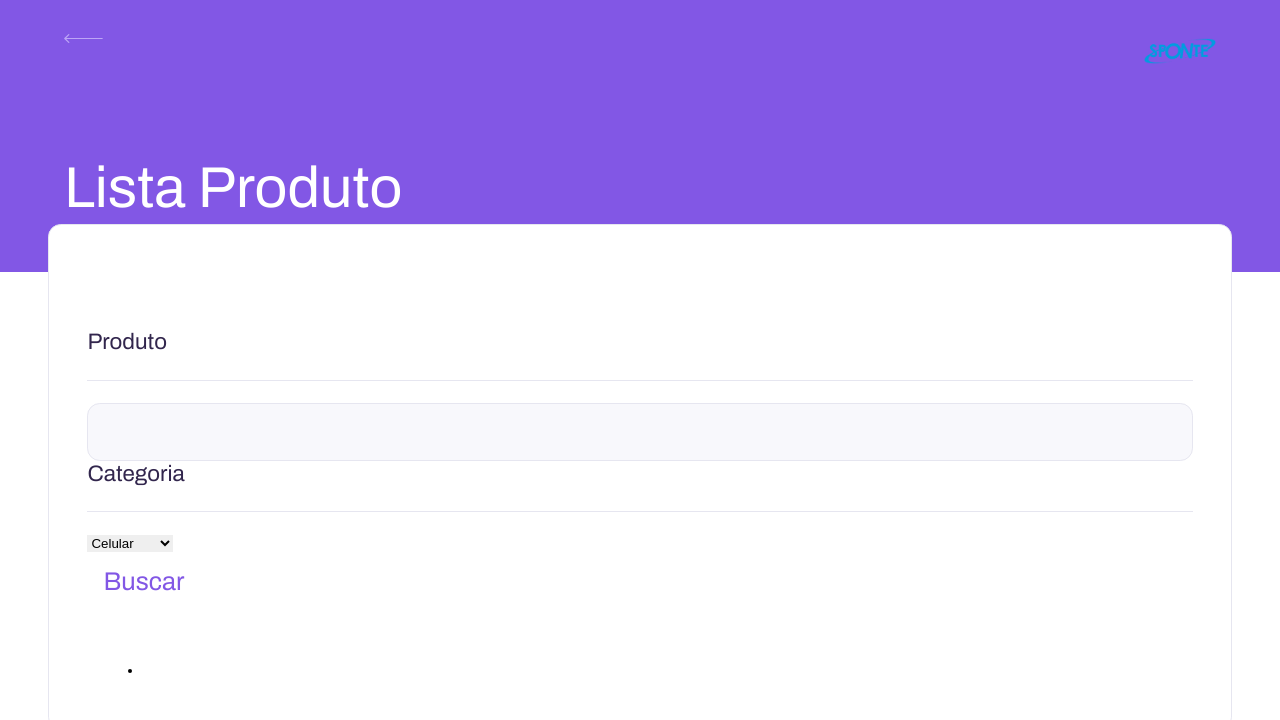
Repository: Henrique-Hoi-Dev/avalia-o-front-end
Page: /list (app in web/)
An editor plug-in stored every save of this project. The page is shown before and after the next save, followed by the edit.
The browser window is 1280 px wide. The pictures show the whole page.
The project was rebuilt for these pictures with package versions that can differ from the ones it lists, and the page was loaded fresh each time. Also part of the build but not shown: web/src/pages/Home/styles.js, web/src/pages/Home/index.js, web/src/pages/RegistrationProduct/styles.js, web/src/components/HeaderRecord/styles.js, web/src/components/HeaderRecord/index.js, web/src/pages/RegistrationProduct/index.js.

Above is the page before, as saved 2020-09-01 20:40:57.

### web/public/index.html
<!DOCTYPE html>
<html lang="en">
  <head>
    <meta charset="utf-8" />
    <link rel="icon" href="%PUBLIC_URL%/favicon.ico" />
    <meta name="viewport" content="width=device-width, initial-scale=1" />
    <meta name="theme-color" content="#000000" />
    <meta
      name="description"
      content="Web site created using create-react-app"
    />
    <link
      href="https://fonts.googleapis.com/css2?family=Archivo:ital,wght@0,400;1,700&family=Poppins&display=swap"
      rel="stylesheet"
    />

    <title>Controle de estoque</title>
  </head>
  <body>
    <noscript>You need to enable JavaScript to run this app.</noscript>
    <div id="root"></div>
  </body>
</html>

### web/src/App.js
import React from 'react';
import Routes from './routes';

import GlobalStyle from './styles/global';

function App() {
  return (
    <>
      <Routes />
      <GlobalStyle />
    </>
  );
}

export default App;

### web/src/routes.js
import React from 'react';
import { BrowserRouter, Route } from 'react-router-dom';

import Home from './pages/Home';
import ListProduct from './pages/ListProduct';
import RegistrationProduct from './pages/RegistrationProduct';

function Routes() {
  return (
    <BrowserRouter>
      <Route path="/" exact component={Home} />
      <Route path="/list" component={ListProduct} />
      <Route path="/record-product" component={RegistrationProduct} />
    </BrowserRouter>
  );
}

export default Routes;

### web/src/styles/global.js
import { createGlobalStyle } from 'styled-components';

export default createGlobalStyle`


  * {
    margin: 0;
    padding: 0;
    outline: 0;
    border: 0;
    box-sizing: border-box;
  }
  html, body, #root {
    height: 100%;
    overflow-x: hidden;
  }


  body {
    background: linear-gradient(-70deg #f0f0f7);
    -webkit-font-smoothing: antialiased !important;

  }

  body, input, button {

    font-size: 14px;
    font-family: 'Roboto', sans-serif;
  }

  button {
    cursor: pointer;
  }

  :root {

  --color-background: #f0f0f7;
  --color-primary-lighter: #9871f5;
  --color-primary-light: #916bea;
  --color-primary: #8257e5;
  --color-primary-dark: #774dd6;
  --color-primary-darker: #6842c2;
  --color-secundary: #04d361;
  --color-secundary-dark: #04bf58;
  --color-title-in-primary: #ffffff;
  --color-text-in-primary: #d4c2ff;
  --color-text-title: #32264d;
  --color-text-complement: #9c98a6;
  --color-text-base: #6a6180;
  --color-line-in-white: #e6e6f0;
  --color-input-background: #f8f8fc;
  --color-button-text: #ffffff;
  --color-box-base: #ffffff;
  --color-box-footer: #fafafc;
}
`;

### web/src/pages/ListProduct/index.js
import React from 'react';
import Header from '../../components/HeaderList';
import { Formik, Field, Form } from 'formik';
import { Container } from './styles';

function ListProduct() {
  function onSubmit(values, actions) {
    console.log(values);
  }
  return (
    <Container>
      <Header />
      <div className="header-main">
        <Formik
          onSubmit={onSubmit}
          initialValues={{
            product: '',
            categoria: 'celular',
          }}
          render={({ values }) => (
            <Form className="form-input">
              <div className="header-title">
                <label>Produto</label>
                <Field name="product" type="text" />

                <label htmlFor="categoria">Categoria</label>
                <Field nome="categoria" component="select">
                  <option value="celular">Celular</option>
                  <option value="tvs">Tvs</option>
                  <option value="notbook">Notbook</option>
                  <option value="acessorios">Acessórios</option>
                </Field>
              </div>
              <button type="submit">Buscar</button>
              <main>
                <ul>
                  <li></li>
                </ul>
              </main>
            </Form>
          )}
        />
      </div>
    </Container>
  );
}

export default ListProduct;

### web/src/components/HeaderList/index.js
import React from 'react';
import { Link } from 'react-router-dom';

import { PageHeader } from './styles';
import backIcon from '../../assets/back.svg';
import logo from '../../assets/logo.png';

function HeaderList() {
  return (
    <PageHeader>
      <div className="header">
        <Link to="/">
          <img src={backIcon} alt="voltar" />
        </Link>
        <img src={logo} alt="voltar" />
      </div>

      <div className="header-content">
        <h2>Lista Produto</h2>
      </div>
    </PageHeader>
  );
}

export default HeaderList;

### web/src/pages/ListProduct/styles.js
import styled from 'styled-components';
import { darken } from 'polished';

export const Container = styled.div`
  width: 100vw;
  height: 100vh;

  .header-main {
    background: var(--color-box-base);
    width: 100%;
    max-width: 74rem;
    border: 0.1rem solid var(--color-line-in-white);
    border-radius: 0.8rem;
    margin: -3rem auto 3.2rem;
    padding-top: 6.4rem;
    overflow: hidden;
  }
  input {
    width: 100%;
    height: 3.6rem;
    border-radius: 0.8rem;
    background: var(--color-input-background);
    border: 1px solid var(--color-line-in-white);
    outline: 0;
    padding: 0 1.6rem;
    font: 1.6rem Archivo;
  }

  .form-input {
    border: 0;
    padding: 0 2.4rem;
    margin-top: 0.1rem;

    button {
      background: none;
      border: 0;
      margin: 1rem;
      color: var(--color-primary);
      font: 700 1.6rem Archivo;
      cursor: pointer;
      transition: color 0.2s;

      &:hover {
        color: ${darken(0.03, '#6842c2')};
      }
    }
  }
  .header-title label {
    font: 700 1.4rem Archivo;
    color: var(--color-text-title);
    margin-bottom: 1.4rem;
    display: flex;
    align-items: center;
    justify-content: space-between;
    width: 100%;
    padding-bottom: 1.6rem;
    border-bottom: 1px solid var(--color-line-in-white);
  }
  main {
    margin: 3.2rem auto;
    width: 90%;
  }
`;

### web/src/components/HeaderList/styles.js
import styled from 'styled-components';

export const PageHeader = styled.div`
  display: flex;
  flex-direction: column;
  background-color: var(--color-primary);

  .header {
    width: 90%;
    margin: 0 auto;
    display: flex;
    justify-content: space-between;
    align-items: center;
    color: var(--color-text-in-primary);
    padding: 1.6rem 0;

    a {
      height: 3.2rem;
      transition: opacity 0.2s;

      :hover {
        opacity: 0.6;
      }
    }

    img {
      height: 1.6rem;
    }
  }

  .header-content {
    width: 90%;
    margin: 0 auto;
    position: relative;
    margin: 3.2rem auto;

    a {
      font: 700 3.6rem Archivo;
      line-height: 4.2rem;
      color: var(--color-title-in-primary);
    }

    h2 {
      font: 700 3.6rem Archivo;
      line-height: 4.2rem;
      color: var(--color-title-in-primary);
    }
  }
`;

Loaded but not shown: web/src/index.js (common file)

After the next save:
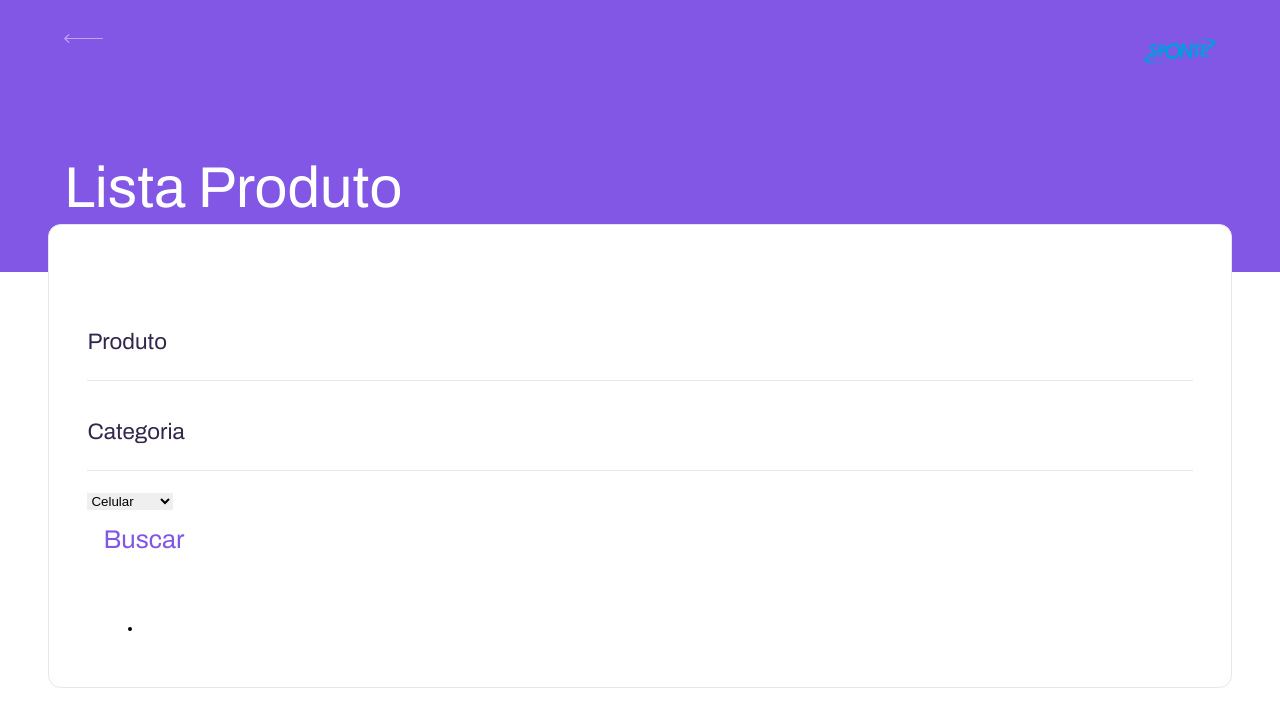
Saved 2 min 33 s later.
--- a/web/src/pages/ListProduct/styles.js
+++ b/web/src/pages/ListProduct/styles.js
@@ -15,7 +15,7 @@
     padding-top: 6.4rem;
     overflow: hidden;
   }
-  input {
+  .field {
     width: 100%;
     height: 3.6rem;
     border-radius: 0.8rem;

After the save that followed:
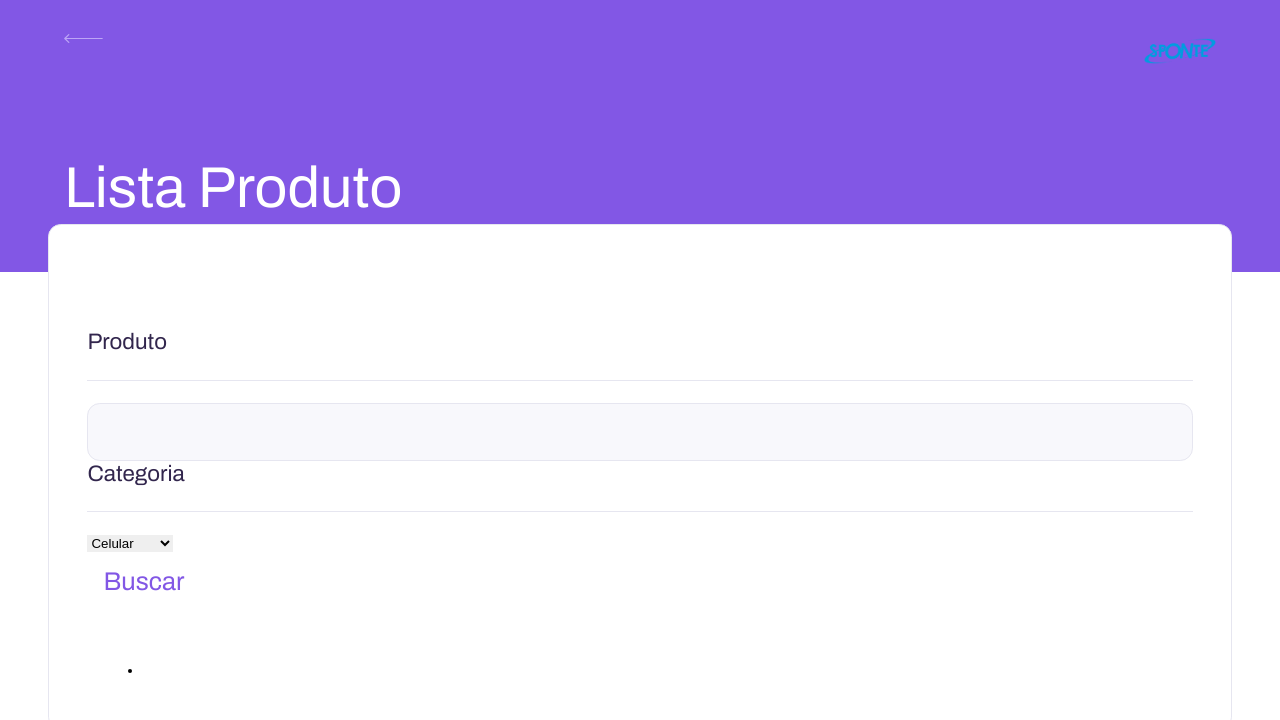
Saved 10 s later.
--- a/web/src/pages/ListProduct/styles.js
+++ b/web/src/pages/ListProduct/styles.js
@@ -15,7 +15,7 @@
     padding-top: 6.4rem;
     overflow: hidden;
   }
-  .field {
+  input {
     width: 100%;
     height: 3.6rem;
     border-radius: 0.8rem;
